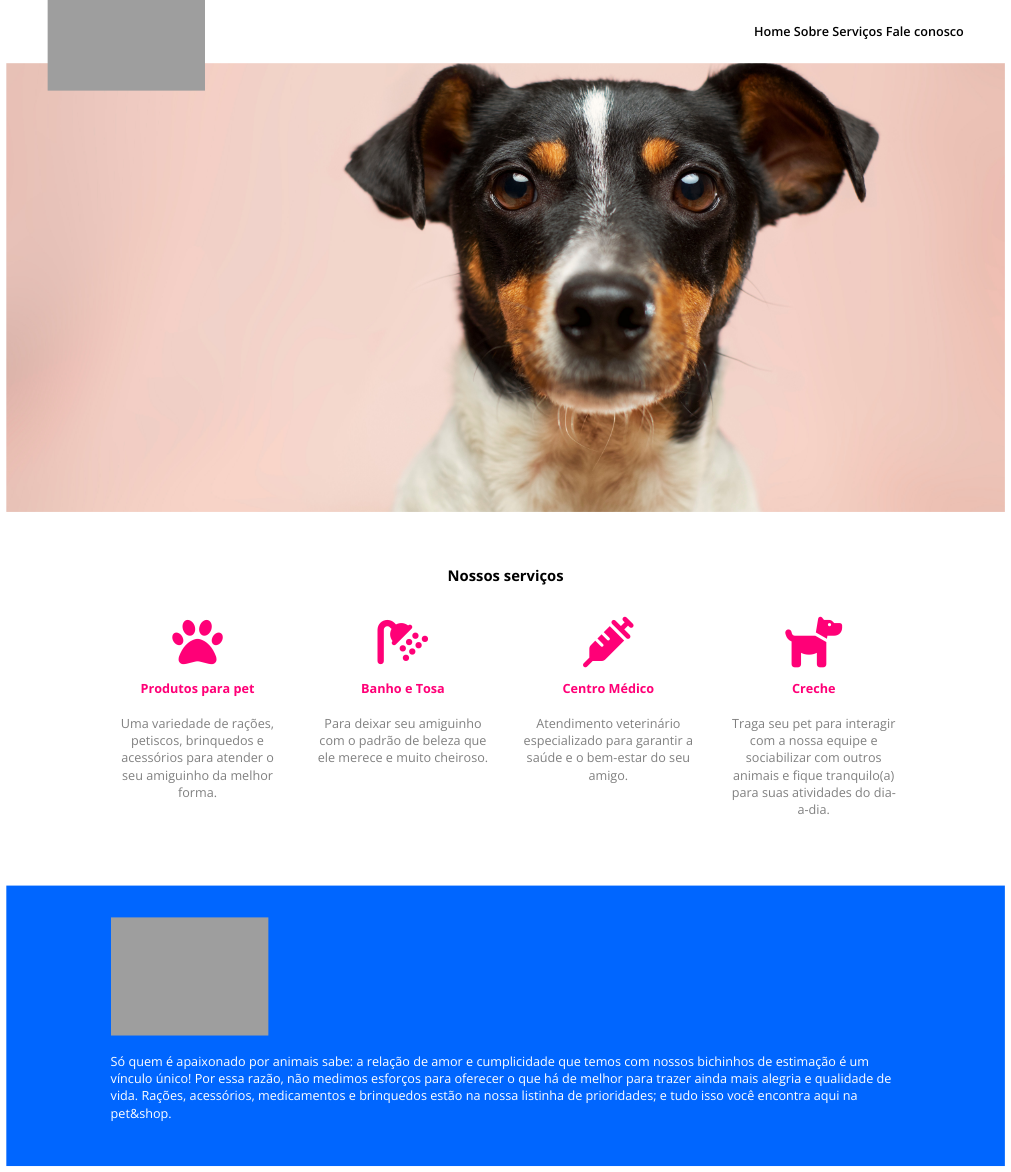
Repository: Iluiscarlos/Projeto-Site-PetShop
Page: Index.html
An editor plug-in stored every save of this project. The page is shown before and after the next save, followed by the edit.
The browser window is 1280 px wide. The pictures show the whole page, at 79% of full size.
Pictures or frames that could not be fetched are drawn as grey boxes. Some web libraries are served in a nearby version.

Above is the page before, as saved 2022-04-22 23:02:56.

After the next save:
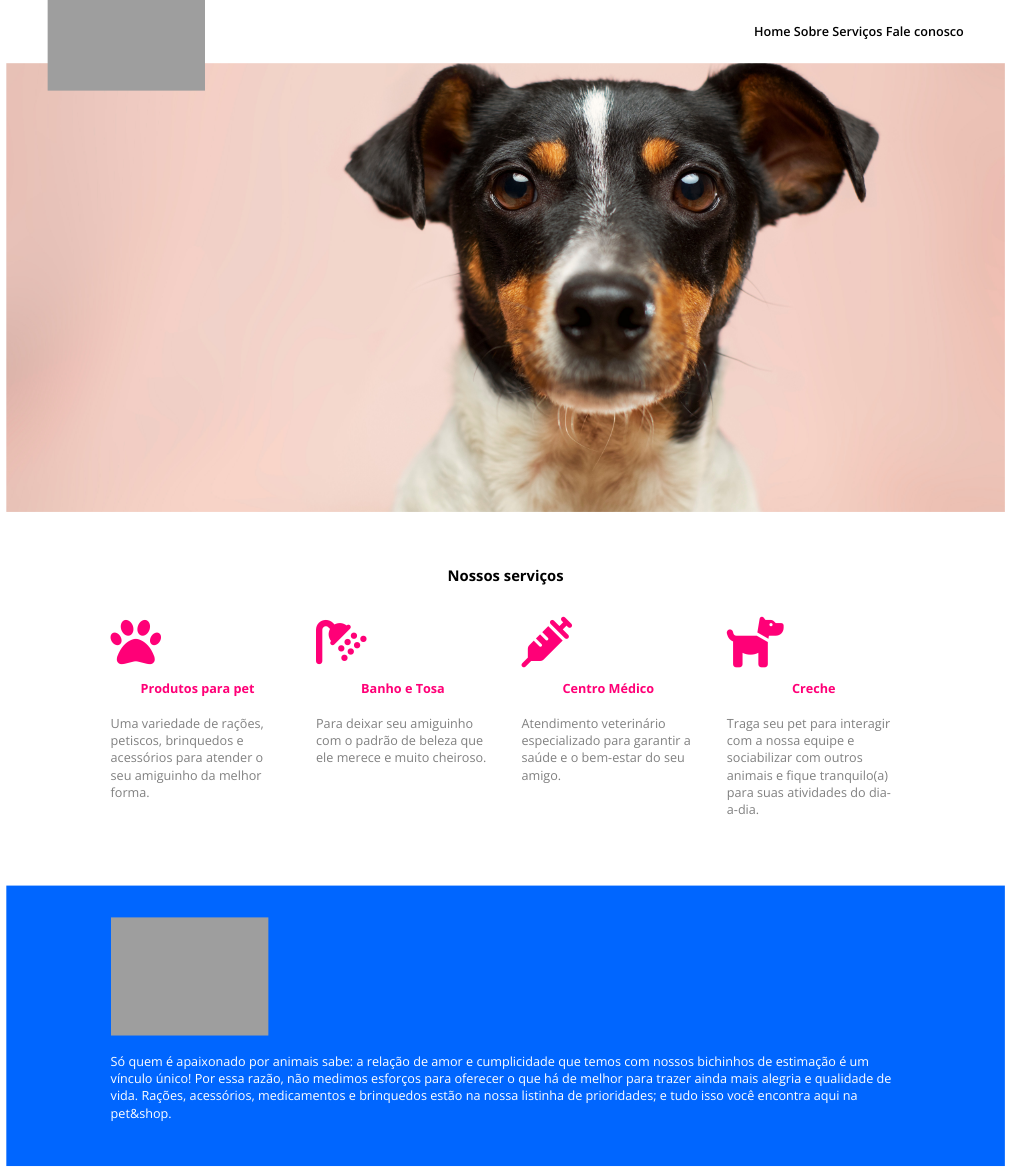
Saved 56 s later.
--- a/Index.html
+++ b/Index.html
@@ -165,9 +165,9 @@
     </section>
     <br/>
     <br/>
-    <section id="service" class="service">
+    <section class="service">
       <div class="container">
-    <h3 class="font"><strong>Nossos serviços</strong></h3>
+    <h3 class="font" id="service"><strong>Nossos serviços</strong></h3>
     <br/>
       <div class="row">
           <div class="column">
